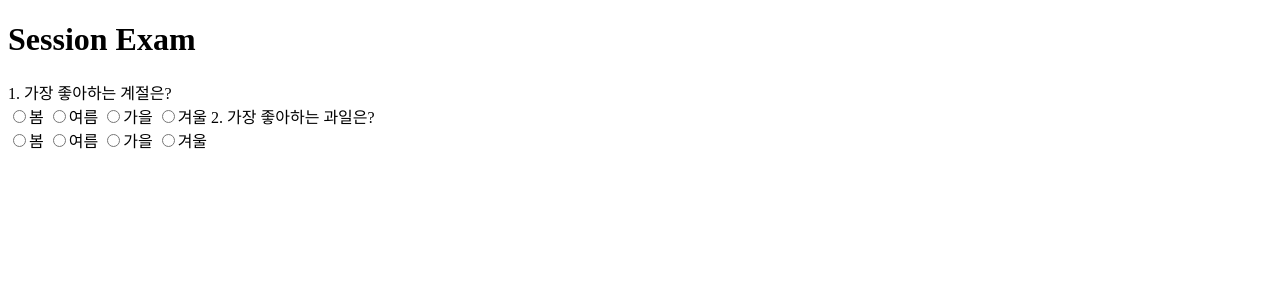
Repository: kimwoongasd/JSPAndServlet
Page: http://localhost/day1222/session1.jsp
The author's editor kept a copy of each file at every save. The page is drawn from the files as they stood at one save, then again after the next save.
The browser window is 1280 px wide. The pictures show the whole page.
The page is served by Tomcat 9. Other server files are loaded and not shown.

Above is the page before, as saved 2023-12-22 01:38:09.

### day1222/src/main/webapp/session1.jsp
<%@ page language="java" contentType="text/html; charset=UTF-8"
    pageEncoding="UTF-8"%>
<!DOCTYPE html>
<html>
<head>
<meta charset="UTF-8">
<title>Insert title here</title>
</head>
<body>
<%
	request.setCharacterEncoding("UTF-8");
	String id = request.getParameter("id");
	String pwd = request.getParameter("pwd");
	// 세션에 상태유지를 위한 값을 설정
	session.setAttribute("idKey", id);

	// 세션의 유효기간을 초단위로 설정
	// 기본값은 30분
	session.setMaxInactiveInterval(60 * 5);
%>
	<h1>Session Exam</h1>
	<form method="post" action="session1_1.jsp">
		1. 가장 좋아하는 계절은?<br>
		<input type="radio" value="봄" name="seasion">봄
		<input type="radio" value="여름" name="seasion">여름
		<input type="radio" value="가을" name="seasion">가을
		<input type="radio" value="겨울" name="seasion">겨울

		2. 가장 좋아하는 과일은?<br>
		<input type="radio" value="봄" name="seasion">봄
		<input type="radio" value="여름" name="seasion">여름
		<input type="radio" value="가을" name="seasion">가을
		<input type="radio" value="겨울" name="seasion">겨울
	</form>
</body>
</html>

After the next save:
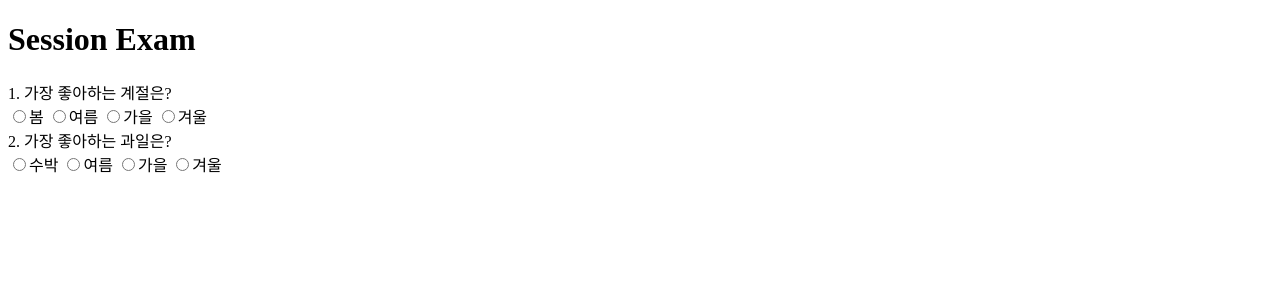
Saved 18 s later.
--- a/day1222/src/main/webapp/session1.jsp
+++ b/day1222/src/main/webapp/session1.jsp
@@ -25,9 +25,9 @@
 		<input type="radio" value="여름" name="seasion">여름
 		<input type="radio" value="가을" name="seasion">가을
 		<input type="radio" value="겨울" name="seasion">겨울
-
+		<br>
 		2. 가장 좋아하는 과일은?<br>
-		<input type="radio" value="봄" name="seasion">봄
+		<input type="radio" value="watermelon" name="seasion">수박
 		<input type="radio" value="여름" name="seasion">여름
 		<input type="radio" value="가을" name="seasion">가을
 		<input type="radio" value="겨울" name="seasion">겨울
